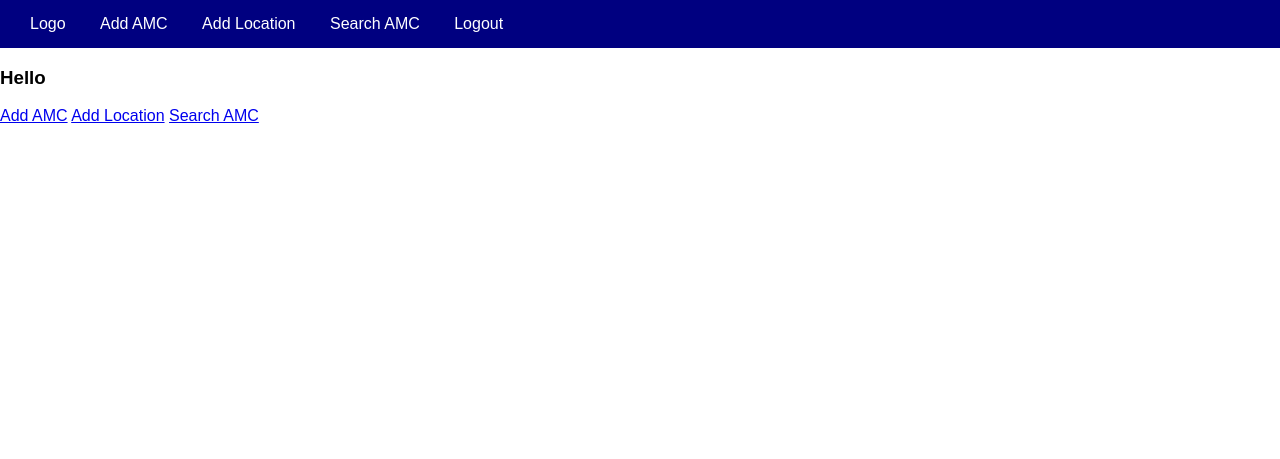
Repository: SJagadesh123/material-inspection01
Page: http://localhost/material_inspection/views/home-page.jsp
These files come from the project's save history. The page is drawn as it stood at one moment and after the next save; the edit follows.
The browser window is 1280 px wide. The pictures show the whole page.
Some web libraries are served in a nearby version. The page is served by Tomcat 10. Other server files are loaded and not shown.

Above is the page before, as saved 2024-02-03 14:37:19.
Not found: material inspection/material_inspection/webjars/bootstrap/5.3.2/css/bootstrap.min.css

### material inspection/material_inspection/src/main/webapp/views/home-page.jsp
<%@ page language="java" contentType="text/html; charset=ISO-8859-1"
	pageEncoding="ISO-8859-1"%>
<%-- <%@ include file="header.jsp" %> --%>
<!DOCTYPE html>
<html>
<head>
<meta charset="ISO-8859-1">
<link rel="stylesheet" href="CSS/home-style.css">
<link rel="stylesheet" href="/webjars/bootstrap/5.3.2/css/bootstrap.min.css">
<title>Home Page</title>
</head>

<body>

<nav class="navbar bg-primary text-white">
    <div class="container">
        <div class="navbar-nav">
            <a class="nav-item nav-link" href="#logo">Logo</a>
            <a class="nav-item nav-link" href="#">Add AMC</a>
            <a class="nav-item nav-link" href="#">Add Location</a>
            <a class="nav-item nav-link" href="#">Search AMC</a>
            <a class="nav-item nav-link" href="#home-logout">Logout</a>
        </div>
    </div>
</nav>

<div class="container mt-5 text-center">
    <h3>Hello ${user.userName.toUpperCase()}</h3>
    <div class="btn-group">
        <a href="add-amc.jsp" class="btn btn-dark">Add AMC</a>
        <a href="add-loc.jsp" class="btn btn-dark">Add Location</a>
        <a href="search-amc.jsp" class="btn btn-dark">Search AMC</a>
    </div>
</div>

</body>
</html>

### material inspection/material_inspection/src/main/webapp/css/home-style.css
@charset "ISO-8859-1";

body {
	font-family: Arial, sans-serif;
	font-size: 30;
	margin: 0;
	padding: 0;
	min-height: 100vh;
}


ul {
	list-style-type: none;
	margin: 0;
	margin-top: 120px;
	padding: 0;
	display: flex;
	justify-content: center;
}

li {
	margin: 30px;
}

li a {
	display: block;
	caret-shape: bar;
	color: white;
	text-align: center;
	padding: 40px;
	text-decoration: none;
	background-color: #333;
	border-radius: 8%;
	font-size: 24px;
	font-weight: bold;
}

li a:hover {
	background-color: #3494e6;
}

nav {
	background-color: #000080;
	color: white;
	padding: 15px;
	display: flex;
	justify-content: space-between;
	align-items: center;

}

#logo {
	margin-right: auto;
}

#home-logout {
	margin-left: auto;
}

nav a {
	color: white;
	text-decoration: none;
	margin: 0 15px;
}

After the next save:
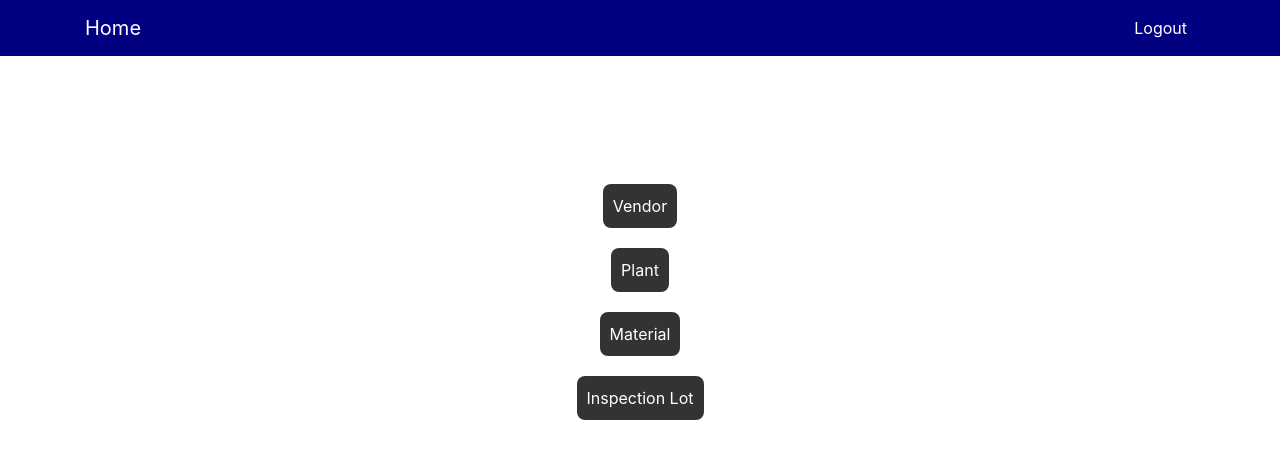
Saved 4 min 4 s later.
--- a/material inspection/material_inspection/src/main/webapp/views/home-page.jsp
+++ b/material inspection/material_inspection/src/main/webapp/views/home-page.jsp
@@ -1,37 +1,74 @@
 <%@ page language="java" contentType="text/html; charset=ISO-8859-1"
-	pageEncoding="ISO-8859-1"%>
-<%-- <%@ include file="header.jsp" %> --%>
+    pageEncoding="ISO-8859-1"%>
 <!DOCTYPE html>
-<html>
+<html lang="en">
 <head>
-<meta charset="ISO-8859-1">
-<link rel="stylesheet" href="CSS/home-style.css">
-<link rel="stylesheet" href="/webjars/bootstrap/5.3.2/css/bootstrap.min.css">
-<title>Home Page</title>
+    <meta charset="UTF-8">
+    <meta name="viewport" content="width=device-width, initial-scale=1.0">
+    <title>Home Page</title>
+    <link rel="stylesheet" href="https://stackpath.bootstrapcdn.com/bootstrap/4.5.2/css/bootstrap.min.css">
+    <style>
+        body {
+            padding-top: 60px;
+        }
+
+        .navbar {
+            background-color: #000080;
+        }
+
+        .navbar-dark .navbar-nav .nav-link {
+            color: white;
+        }
+
+        .center-elements {
+            display: flex;
+            flex-direction: column;
+            align-items: center;
+            justify-content: center;
+            height: 70vh;
+        }
+
+        .center-elements a {
+            display: block;
+            margin-bottom: 20px;
+            padding: 10px;
+            background-color: #333;
+            color: white;
+            text-align: center;
+            text-decoration: none;
+            border-radius: 8px;
+        }
+
+        .center-elements a:hover {
+            background-color: #3494e6;
+        }
+    </style>
 </head>
-
 <body>
 
-<nav class="navbar bg-primary text-white">
+<nav class="navbar navbar-expand-md navbar-dark fixed-top">
     <div class="container">
-        <div class="navbar-nav">
-            <a class="nav-item nav-link" href="#logo">Logo</a>
-            <a class="nav-item nav-link" href="#">Add AMC</a>
-            <a class="nav-item nav-link" href="#">Add Location</a>
-            <a class="nav-item nav-link" href="#">Search AMC</a>
-            <a class="nav-item nav-link" href="#home-logout">Logout</a>
+        <a class="navbar-brand" href="#">Home</a>
+        <div class="collapse navbar-collapse" id="navbarNav">
+            <ul class="navbar-nav ml-auto">
+                <li class="nav-item">
+                    <a class="nav-link" href="#">Logout</a>
+                </li>
+            </ul>
         </div>
     </div>
 </nav>
 
-<div class="container mt-5 text-center">
-    <h3>Hello ${user.userName.toUpperCase()}</h3>
-    <div class="btn-group">
-        <a href="add-amc.jsp" class="btn btn-dark">Add AMC</a>
-        <a href="add-loc.jsp" class="btn btn-dark">Add Location</a>
-        <a href="search-amc.jsp" class="btn btn-dark">Search AMC</a>
-    </div>
+<div class="container center-elements">
+    <a href="#">Vendor</a>
+    <a href="#">Plant</a>
+    <a href="#">Material</a>
+    <a href="#">Inspection Lot</a>
 </div>
+
+<script src="https://code.jquery.com/jquery-3.5.1.slim.min.js"></script>
+<script src="https://cdn.jsdelivr.net/npm/@popperjs/core@2.5.3/dist/umd/popper.min.js"></script>
+<script src="https://stackpath.bootstrapcdn.com/bootstrap/4.5.2/js/bootstrap.min.js"></script>
 
 </body>
 </html>
